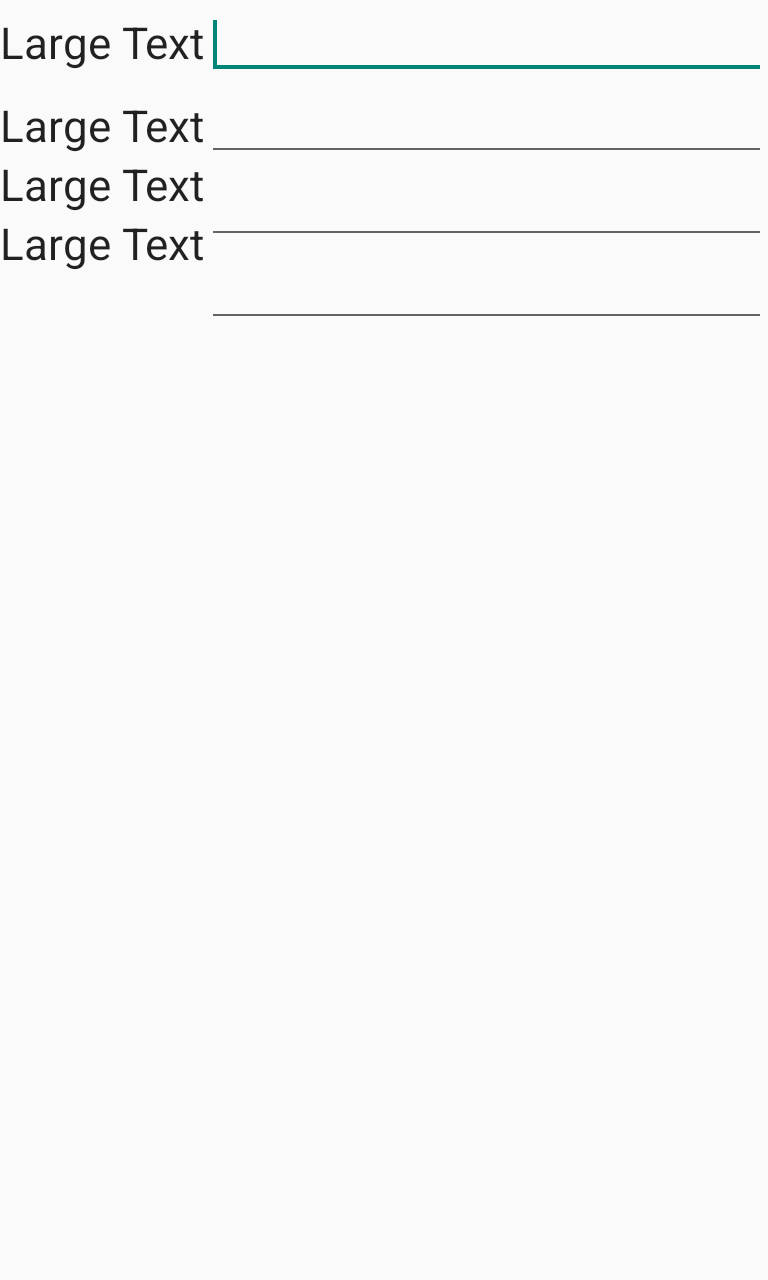
Repository: charlesweng/school
Layout: simpleandroidapps/GettingToKnowUIActivities/charleswengScoringProject/charleswengScoring/res/layout/fragment_teamdialog.xml
The author's editor kept a copy of each file at every save. The layout is drawn from the files as they stood at one save, then again after the next save.
It is drawn on a 768 x 1280 px phone screen (xhdpi) without system bars, with theme AppTheme; the app's code is not run.

Above is the layout before, as saved 2014-04-26 08:36:24.

After the next save:
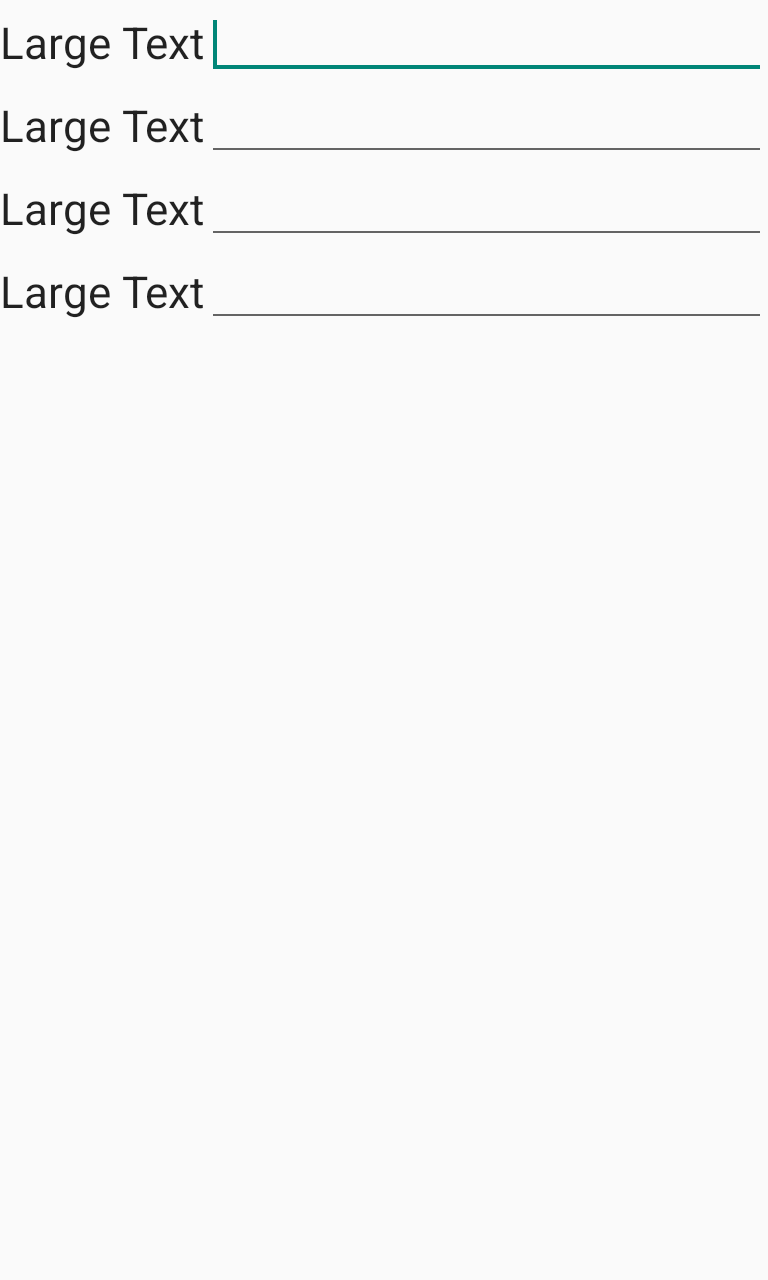
Saved 62 s later.
--- a/simpleandroidapps/GettingToKnowUIActivities/charleswengScoringProject/charleswengScoring/res/layout/fragment_teamdialog.xml
+++ b/simpleandroidapps/GettingToKnowUIActivities/charleswengScoringProject/charleswengScoring/res/layout/fragment_teamdialog.xml
@@ -29,6 +29,7 @@
         android:layout_width="wrap_content"
         android:layout_height="wrap_content"
         android:layout_below="@+id/team2name"
+        android:layout_alignBaseline="@+id/editScore1"
         android:layout_alignParentLeft="true"
         android:text="Large Text"
         android:textAppearance="?android:attr/textAppearanceLarge" />
@@ -38,6 +39,7 @@
         android:layout_width="wrap_content"
         android:layout_height="wrap_content"
         android:layout_below="@+id/team1score"
+        android:layout_alignBaseline="@+id/editScore2"
         android:layout_alignParentLeft="true"
         android:text="Large Text"
         android:textAppearance="?android:attr/textAppearanceLarge" />
